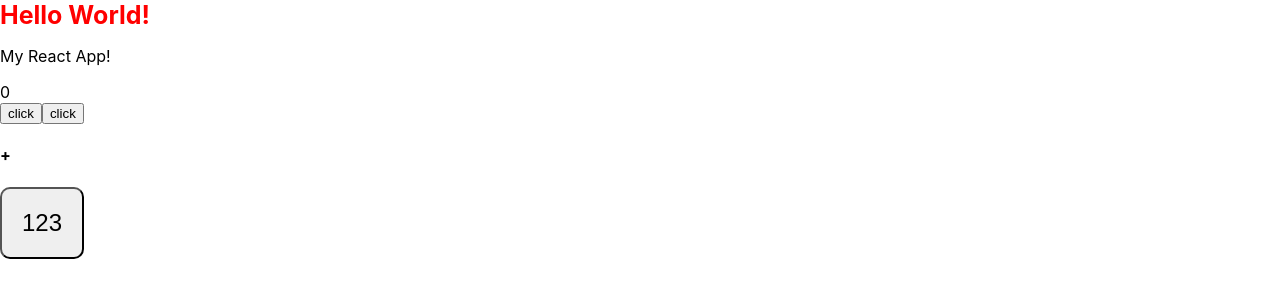
Repository: ruslan-horaiskyi/weatherApp
Page: /
An editor plug-in stored every save of this project. The page is shown before and after the next save, followed by the edit.
The browser window is 1280 px wide. The pictures show the whole page.
The project was rebuilt for these pictures with package versions that can differ from the ones it lists, and the page was loaded fresh each time.

Above is the page before, as saved 2023-04-20 16:47:41.

### src/App.jsx
import "./App.css";
import  Button  from './components/Button/Button';
import { Counter } from './components/Counter/Counter';

const App = () => {
  console.log("App component");

  return (
    <>
      <div className="custom-h1">Hello World!</div>
      <p>My React App!</p>
      {/* <Button title={'New Button Title'}>13243242</Button> */}
      {/* <Button title={'New Button Title2'} /> */}
      {/* <Button title={'New Button Title3'} /> */}
      {/* <Button /> */}
      <Counter />
    </>
  );
};

export default App;

### src/App.css
.custom-h1 {
  color: red;
  font-size: 25px;
  font-weight: bold;
}

### src/components/Button/Button.jsx
import "./Button.css";

const Button = ({ title = "Default Title", children = "123" }) => {
  return (
    <>
      <h4>{title}</h4>
      <button
        className="custom-button"
        onClick={() => {
          console.log("Button clicked!");
        }}
      >
        {children}
      </button>
    </>
  );
};

export default Button;

### src/components/Counter/Counter.jsx
import { useState } from "react";
import Button from '../../components/Button/Button'

export const Counter = () => {
  console.log("render Counter");
  const [counter, setCounter] = useState(0);

  return (
    <>
      <div>{counter}</div>
      <button
        onClick={() => {
          setCounter((prevValue) => prevValue + 1);
        }}
      >
        click
      </button>
      <button
        onClick={() => {
          setCounter((prevValue) => prevValue - 1);
        }}
      >
        click
      </button>
      <Button title={'+'} />
    </>
  );
};

### src/components/Button/Button.css
.custom-button {
  padding: 20px;
  border-radius: 10px;
  font-size: 24px;
  cursor: pointer;
}

Loaded but not shown: public/index.html (common file); src/index.js (common file); src/index.css (common file)

After the next save:
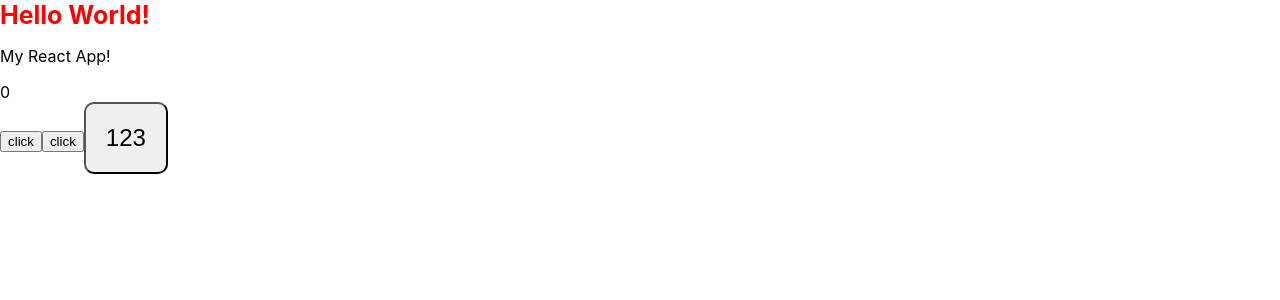
Saved 6 s later.
--- a/src/components/Button/Button.jsx
+++ b/src/components/Button/Button.jsx
@@ -3,7 +3,6 @@ import "./Button.css";
 const Button = ({ title = "Default Title", children = "123" }) => {
   return (
     <>
-      <h4>{title}</h4>
       <button
         className="custom-button"
         onClick={() => {
